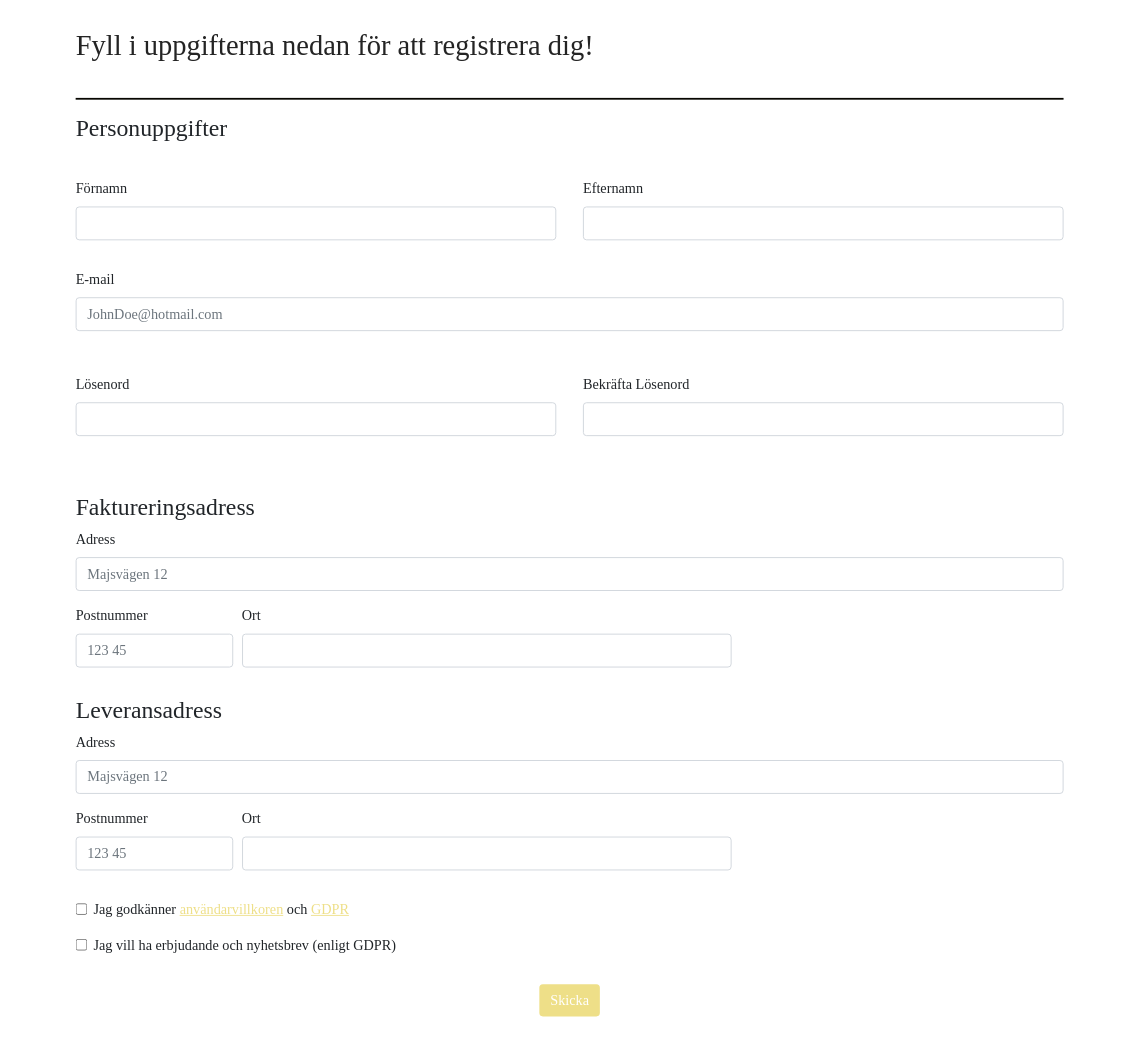
Repository: skepp4rn/Liamsuppgift3
Page: index.html
The author's editor kept a copy of each file at every save. The page is drawn from the files as they stood at one save, then again after the next save.
The browser window is 1280 px wide. The pictures show the whole page, at 89% of full size.
Some web libraries are served in a nearby version.

Above is the page before, as saved 2020-12-06 13:32:26.
Console error (its wording comes from the project's code and is left out).

### index.html
<!DOCTYPE html>
<html lang="sv">
<head>
    <meta charset="UTF-8">
    <meta name="viewport" content="width=device-width, initial-scale=1.0">
    <script src="https://kit.fontawesome.com/ef4c0722a8.js" crossorigin="anonymous"></script>
    <link rel="stylesheet" href="https://cdn.jsdelivr.net/npm/bootstrap@4.5.3/dist/css/bootstrap.min.css" integrity="sha384-TX8t27EcRE3e/ihU7zmQxVncDAy5uIKz4rEkgIXeMed4M0jlfIDPvg6uqKI2xXr2" crossorigin="anonymous">
    <link rel="stylesheet" href="css/style.css">
     <title>Registreringsfromulär</title>
</head>
<body>


    <section class="container">
        <div class="formReg1">
            <h2>Fyll i uppgifterna nedan för att registrera dig!</h2>
        </div>
    </section>


    <form class="container" oninput='up2.setCustomValidity(up2.value != up.value ? "Passwords do not match." : "")'>
        <div class="line1"></div>
        <div>
            <h3>Personuppgifter</h3>
        </div>


        <div class="row">
            <div class="col">
                <label for="firstname">Förnamn</label>
                <input id="firstname" type="text" class="form-control" required>
            </div>

            <div class="col">
                <label for="lastname">Efternamn</label>
                <input id="lastname" type="text" class="form-control" required>
            </div>
        </div>


        <div class="form-group">
            <label for="exampleInputEmail1">E-mail</label>
            <input type="email" class="form-control" id="exampleInputEmail1" aria-describedby="emailHelp" placeholder="JohnDoe@hotmail.com" required>
        </div>


        <div class="row">
            <div class="col">
                <div class="form-group">
                    <label for="exampleInputPassword1">Lösenord</label>
                    <input type="password" class="form-control" name="up" id="exampleInputPassword1" required>
                </div>
            </div>
            <div class="col">
                <div class="form-group space">
                    <label for="exampleInputPassword2">Bekräfta Lösenord</label>
                    <input type="password" class="form-control" name="up2" id="exampleInputPassword2" required>
                </div>
            </div>
        </div>


        <div class="adress1"></div>
        <div>
            <h3>Faktureringsadress</h3>
        </div>


        <div class="form-group">
            <label for="inputAddress">Adress</label>
            <input type="text" class="form-control" id="inputAddress" placeholder="Majsvägen 12" required>
        </div>


        <div class="form-row">
            <div class="form-group col-md-2">
                <label for="inputZip">Postnummer</label>
                <input type="text" class="form-control" id="inputZip" placeholder="123 45" required>
            </div>
            <div class="form-group col-md-6 bottom">
                <label for="inputCity">Ort</label>
                <input type="text" class="form-control" id="inputCity" required>
            </div>
        </div>


        <div class="adress1"></div>
        <div>
            <h3>Leveransadress</h3>
        </div>


        <div class="form-group">
            <label for="inputAddress">Adress</label>
            <input type="text" class="form-control" id="inputAddress" placeholder="Majsvägen 12" required>
        </div>


        <div class="form-row">
            <div class="form-group col-md-2">
                <label for="inputZip">Postnummer</label>
                <input type="text" class="form-control" id="inputZip" placeholder="123 45" required>
            </div>
            <div class="form-group col-md-6 bottom">
                <label for="inputCity">Ort</label>
                <input type="text" class="form-control" id="inputCity" required>
            </div>
        </div>


        <div class="form-group form-check">
            <input type="checkbox" class="form-check-input" id="exampleCheck1" required>
            <label class="form-check-label" for="exampleCheck1">Jag godkänner <a class="linktext" href="anvandrarvillkor.html">användarvillkoren</a> och <a class="linktext" href="GDPR.html">GDPR</a></label>
        </div>


        <div class="form-group form-check">
            <input type="checkbox" class="form-check-input" id="exampleCheck2">
            <label class="form-check-label" for="exampleCheck1">Jag vill ha erbjudande och nyhetsbrev (enligt GDPR)</label>
        </div>


        <div class="button-center">
            <button formaction="thankyou.html" type="submit" class="colorbutton btn btn-primary">Skicka</button>
        </div>


        <div class="whitespace"></div>
    </form>

    <script src="https://cdn.jsdelivr.net/npm/bootstrap@4.5.3/dist/js/bootstrap.bundle.min.js" integrity="sha384-ho+j7jyWK8fNQe+A12Hb8AhRq26LrZ/JpcUGGOn+Y7RsweNrtN/tE3MoK7ZeZDyx" crossorigin="anonymous"></script>
</body>
</html>

### css/style.css
*{box-sizing:border-box}

html,body{margin:0;padding:0;font-family:'Times New Roman', Times, serif}
h3{font-size:20pt}.container{width:95vw;margin:auto}
.row{padding-top:2rem;display:grid;grid-template-columns:2fr;grid-template-rows:2fr 2fr}
.col{padding-bottom:2rem}
.whitespace{height:3rem}
@media (min-width: 768px){.row{display:grid;grid-template-rows:2fr;grid-template-columns:2fr 2fr}
.closepage{width:12vw;height:7vw !important;font-size:25pt}
.formReg1{grid-template-rows:15fr 1fr !important;padding-top:2rem;padding-bottom:2rem}
.thanks{width:70vw;margin:auto;height:40vw}
.thankyou{text-align:center;padding:2rem}}
@media (min-width: 1900px){.container{width:100vw !important}
.thanks{width:50vw;margin:auto;height:20vw}.tillbaka{width:12vw !important;height:2.5vw !important;font-size:20pt}
.formReg1{grid-template-rows:15fr 1fr !important;padding-top:2rem;padding-bottom:2rem}}
#firstname{color:#b6b6b6}
#lastname{color:#b6b6b6}
#exampleInputEmail1{color:#b6b6b6}
#exampleInputPassword1{color:#b6b6b6}
#exampleInputPassword2{color:#b6b6b6}
.button-center{padding-top:1rem;display:flex;justify-content:center}
.colorbutton{background-color:#eedf88;border:none}
.line1{height:2px;background-color:#070600;margin-bottom:1rem}
.bottom{margin-bottom:2rem}
.linktext{color:#eedf88;text-decoration:underline}
.thanks{border:2px solid #eedf88;border-radius:10px;display:grid;grid-template-columns:1fr;grid-template-rows:3fr 1fr;justify-items:center;margin-top:8rem}
.thankyou{text-align:center;padding:2rem}
.closepage{background-color:#eedf88;border-radius:8px;text-align:center;width:40vw;height:7vw}
.closepage p{color:#ffffff;text-decoration:none}
.home{text-align:center}
.centrerade{display:grid;grid-template-columns:1fr;grid-template-rows:27fr 1fr;justify-items:center;margin:auto}
.gdpr{text-align:center}.welcome{padding-top:2rem;text-align:center}
.formReg1 h2{color:#242424}
.space{padding-bottom:1rem}

After the next save:
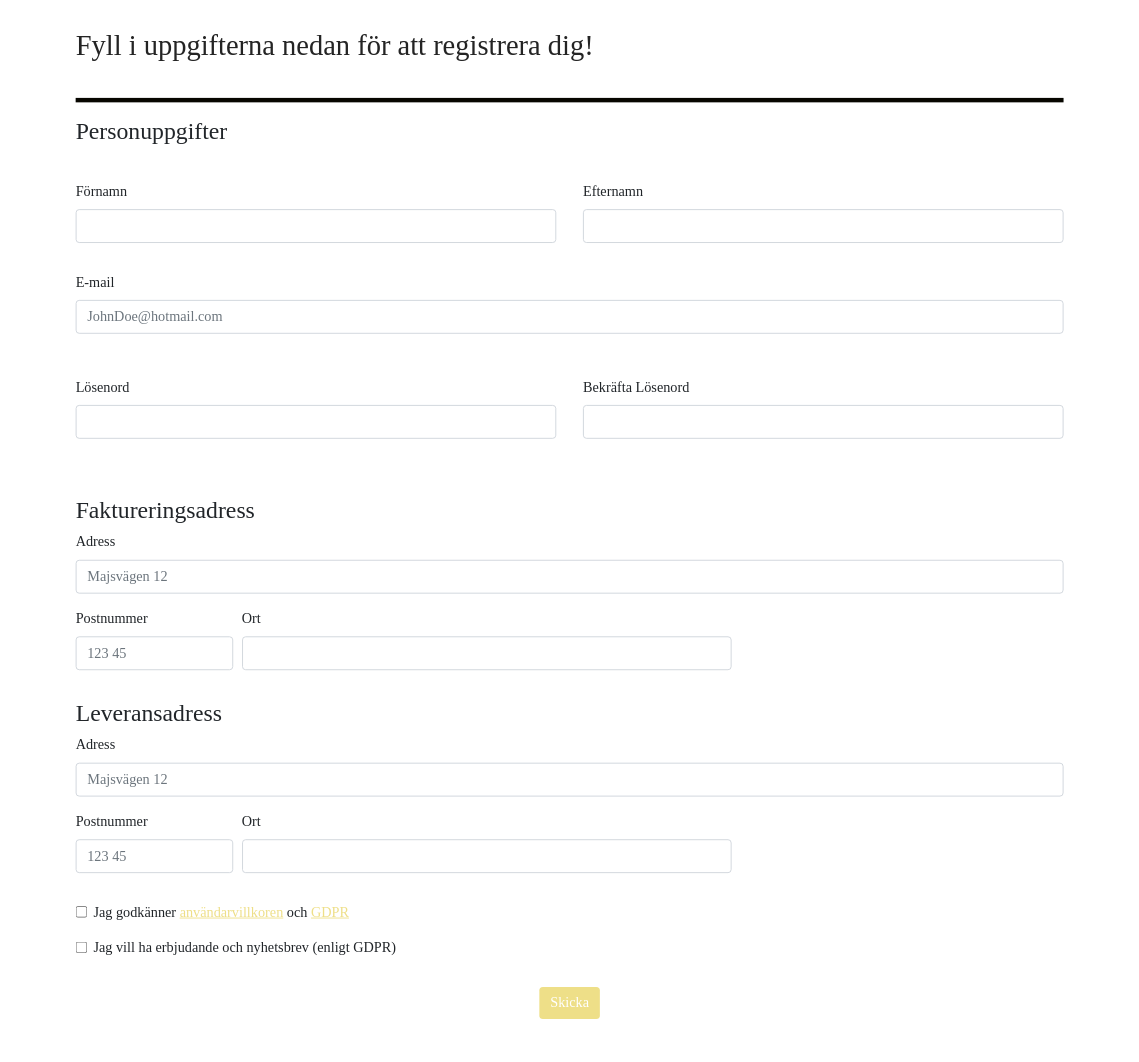
Saved 7 s later.
--- a/css/style.css
+++ b/css/style.css
@@ -20,7 +20,7 @@ h3{font-size:20pt}.container{width:95vw;margin:auto}
 #exampleInputPassword2{color:#b6b6b6}
 .button-center{padding-top:1rem;display:flex;justify-content:center}
 .colorbutton{background-color:#eedf88;border:none}
-.line1{height:2px;background-color:#070600;margin-bottom:1rem}
+.line1{height:5px;background-color:#070600;margin-bottom:1rem}
 .bottom{margin-bottom:2rem}
 .linktext{color:#eedf88;text-decoration:underline}
 .thanks{border:2px solid #eedf88;border-radius:10px;display:grid;grid-template-columns:1fr;grid-template-rows:3fr 1fr;justify-items:center;margin-top:8rem}
